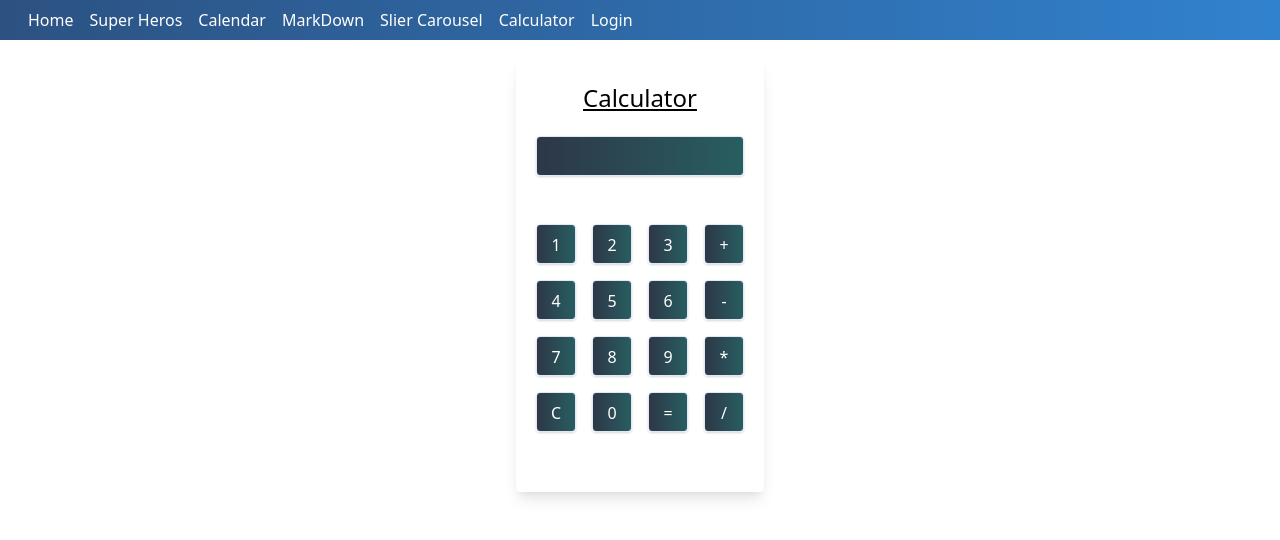
Repository: kshvkndl/VueFullCoursePractice
Page: /calculator
An editor plug-in stored every save of this project. The page is shown before and after the next save, followed by the edit.
The browser window is 1280 px wide. The pictures show the whole page.
The project was rebuilt for these pictures with package versions that can differ from the ones it lists, and the page was loaded fresh each time. Also part of the build but not shown: src/components/login/GoogleLogin.vue, src/components/LoginModal.vue, src/pages/SuperHeros.vue, src/pages/Calender.vue, src/pages/Home.vue, src/utilities/mixins/debounce.js, src/pages/MarkDown.vue, src/pages/Slider.vue.

Above is the page before, as saved 2020-11-24 17:22:20.

After the next save:
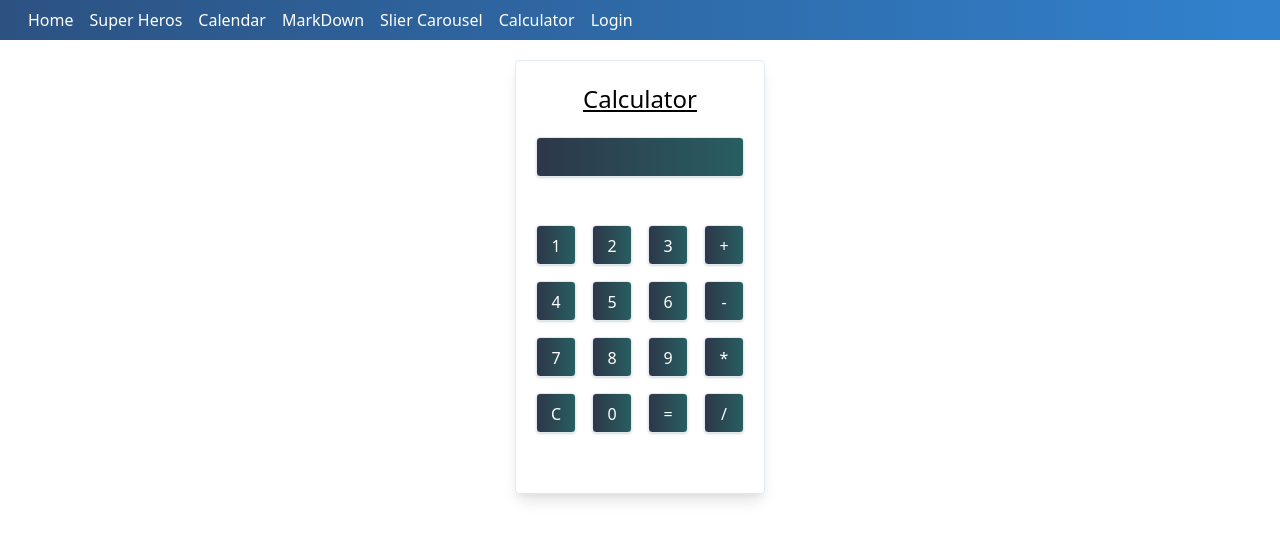
Saved 4 s later.
--- a/src/pages/Calculator.vue
+++ b/src/pages/Calculator.vue
@@ -1,6 +1,6 @@
 <template>
   <section class="flex w-full">
-    <div class="m-auto border-dark rounded shadow-lg p-5 mt-5">
+    <div class="m-auto border rounded shadow-lg p-5 mt-5">
       <h1 class="text-2xl text-center"><u>Calculator</u></h1>
       <p
         class="text-2xl text-right mt-5 mb-2 border rounded shadow w-45 h-10 p-1 overflow-x-hidden text-white bg-gradient-to-r from-gray-800 to-teal-800"
